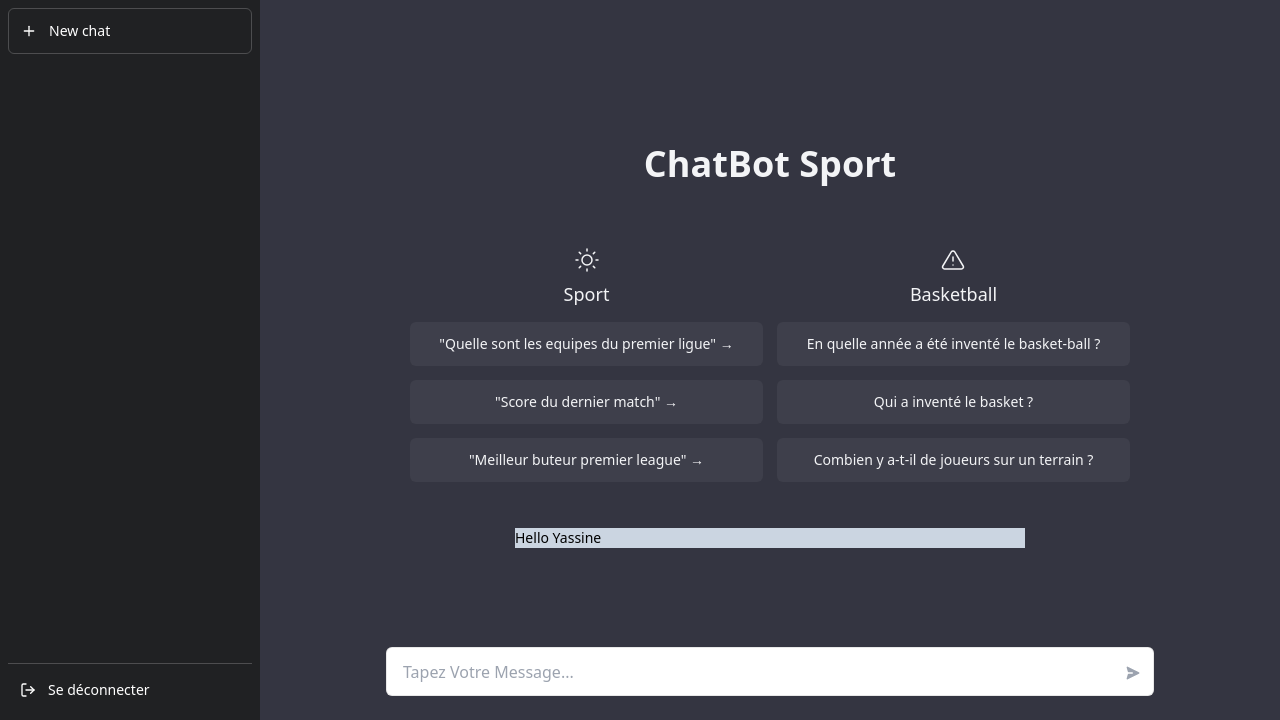
Repository: HaithemBenSlama/chatbot-front
Page: /, after clicking the first element matching `button.sc-gsFSXq`
These files come from the project's save history. The page is drawn as it stood at one moment and after the next save; the edit follows.
The browser window is 1280 px wide. The pictures show the whole page.
The project was rebuilt for these pictures with package versions that can differ from the ones it lists, and the page was loaded fresh each time. Also part of the build but not shown: src/constants/svg/lightningChargeIcon.js, src/constants/svg/externalLinkIcon.js, src/constants/svg/discordIcon.js, src/constants/svg/menuIcon.js, src/Components/Login/form-input.css.

Above is the page before, as saved 2023-05-01 22:05:37.

After the next save:
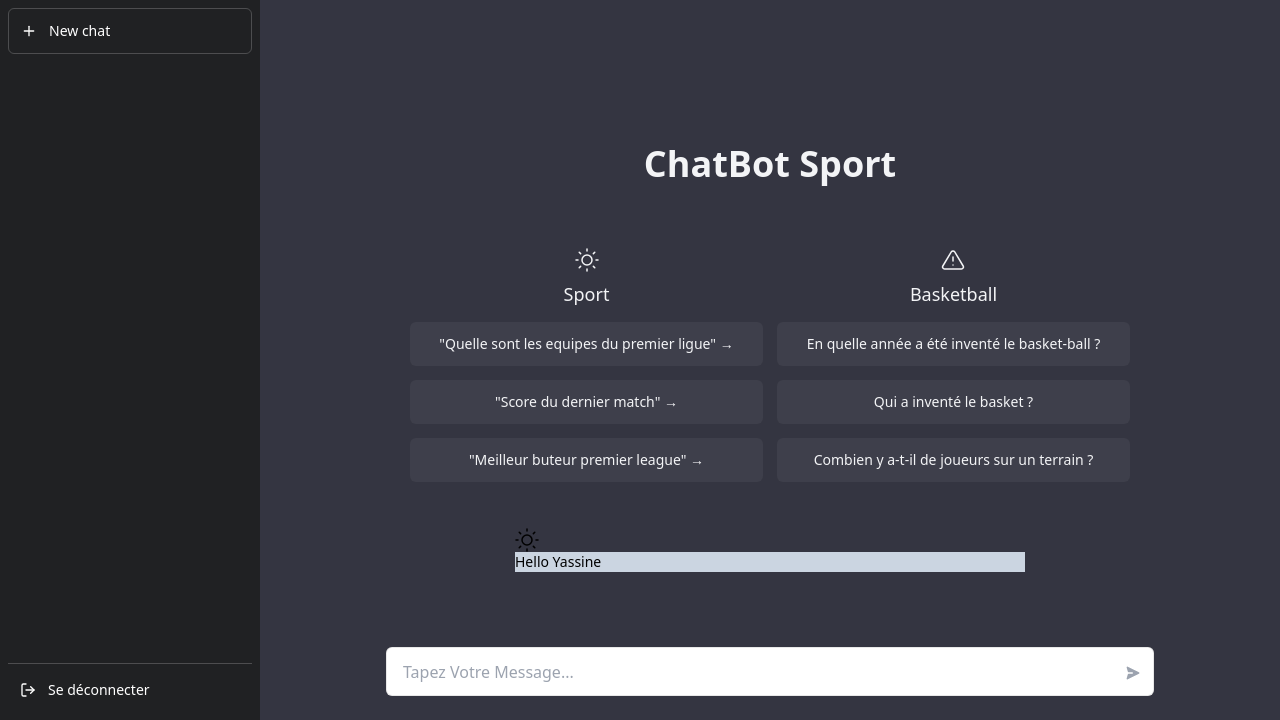
Saved 54 s later.
--- a/src/Components/main/RightSection/index.js
+++ b/src/Components/main/RightSection/index.js
@@ -61,6 +61,7 @@ const RightSection = () => {
               </div>
             </div>
             <div className="w-1/2 h-48 flex-shrink-0">
+              <span><SunIcon/></span>
               <p className="bg-slate-300">Hello Yassine</p>
             </div>
           </div>
